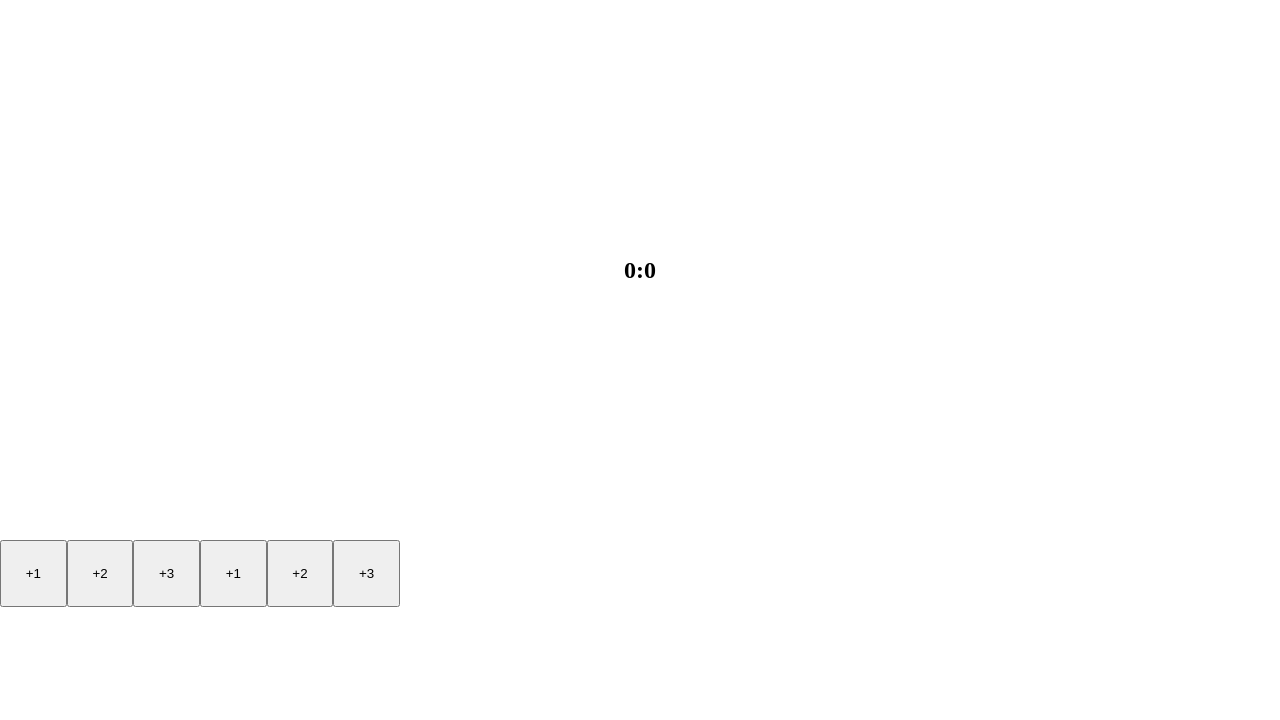
Repository: bollo89/scoreBoard
Page: index.html
These files come from the project's save history. The page is drawn as it stood at one moment and after the next save; the edit follows.
The browser window is 1280 px wide. The pictures show the whole page.

Above is the page before, as saved 2022-01-21 12:07:52.

### index.html
<!DOCTYPE html>
<html lang="en">
<head>
    <meta charset="UTF-8">
    <meta http-equiv="X-UA-Compatible" content="IE=edge">
    <meta name="viewport" content="width=device-width, initial-scale=1.0">
    <link rel="stylesheet" href="./style.css">
    <title>Document</title>
</head>
<body>
    <section class="score">
        <h1 class="home"></h1>
        <h1 class="colon">:</h1>
        <h1 class="away"></h1>
    </section>
    <section class="btns">
        <div><button class="btn1h">+1</button></div>
        <div><button class="btn2h">+2</button></div>
        <div><button class="btn3h">+3</button></div>

        <div></div><button class="btn1a">+1</button></div>
        <div></div><button class="btn2a">+2</button></div>
        <div></div><button class="btn3a">+3</button></div>
    </section>
<script src="./script.js"></script>
</body>
</html>

### style.css
* {
    margin: 0;
    padding: 0;
}
body {
     height: 100vh;
     width: 100vw;
}
.score {
    height: 75vh;
    display: flex;
    align-items: center;
    justify-content: center;
}

.btns {
    height: 25vh;
    width: 100vw;
    display: flex;
}
.btnsH {

    flex-direction: column;
}
.btnsA {
    display: flex;
    flex-direction: column;
    align-items: flex-end;
    justify-content: flex-end;
}
.btn1h , .btn2h , .btn3h {
    height: 5em;
    width: 5em;
}
.btn1a , .btn2a , .btn3a {
    height: 5em;
    width: 5em;
}

### script.js
let home = document.querySelector('.home');
let n = 0;
home.innerHTML = n;

let away = document.querySelector('.away');
let m = 0;
away.innerHTML = m;

let btn1h = document.querySelector('.btn1h');
let btn2h = document.querySelector('.btn2h');
let btn3h = document.querySelector('.btn3h');
let btn1a = document.querySelector('.btn1a');
let btn2a = document.querySelector('.btn2a');
let btn3a = document.querySelector('.btn3a');
//punkty po lewej
function score1home() {
    n+=1;
    home.innerHTML = n;
    console.log(n);
}
function score2home() {
    n+=2;
    home.innerHTML = n;
    console.log(n);
}
function score3home() {
    n+=3;
    home.innerHTML = n;
    console.log(n);
}
//punkty po prawej
function score1away() {
    m+=1;
    away.innerHTML = m;
    console.log(m);
}
function score2away() {
    m+=2;
    away.innerHTML = m;
    console.log(m);
}
function score3away() {
    m+=3;
    away.innerHTML = m;
    console.log(m);
}

//przyciskibtn1.addEventListener('click',score1home,false);
btn1h.addEventListener('click',score1home,false);
btn2h.addEventListener('click',score2home,false);
btn3h.addEventListener('click',score3home,false);
btn1a.addEventListener('click',score1away,false);
btn2a.addEventListener('click',score2away,false);
btn3a.addEventListener('click',score3away,false);

After the next save:
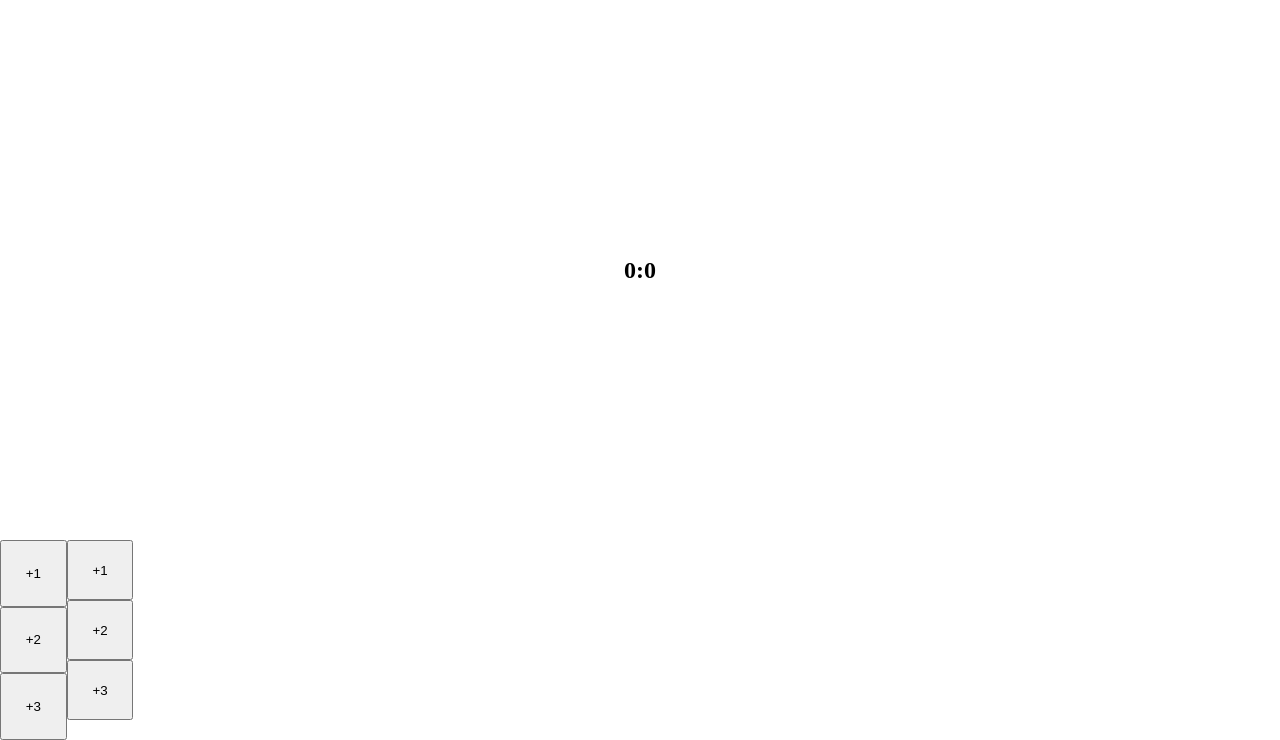
Saved 21 s later.
--- a/index.html
+++ b/index.html
@@ -14,14 +14,17 @@
         <h1 class="away"></h1>
     </section>
     <section class="btns">
-        <div><button class="btn1h">+1</button></div>
-        <div><button class="btn2h">+2</button></div>
-        <div><button class="btn3h">+3</button></div>
-
-        <div></div><button class="btn1a">+1</button></div>
-        <div></div><button class="btn2a">+2</button></div>
-        <div></div><button class="btn3a">+3</button></div>
-    </section>
+        <section class="btnsH">
+            <div><button class="btn1h">+1</button></div>
+            <div><button class="btn2h">+2</button></div>
+            <div><button class="btn3h">+3</button></div>
+        </section>
+        <section class="btnsA">
+            <div></div><button class="btn1a">+1</button></div>
+            <div></div><button class="btn2a">+2</button></div>
+            <div></div><button class="btn3a">+3</button></div>
+        </section>
+</section>
 <script src="./script.js"></script>
 </body>
 </html>
